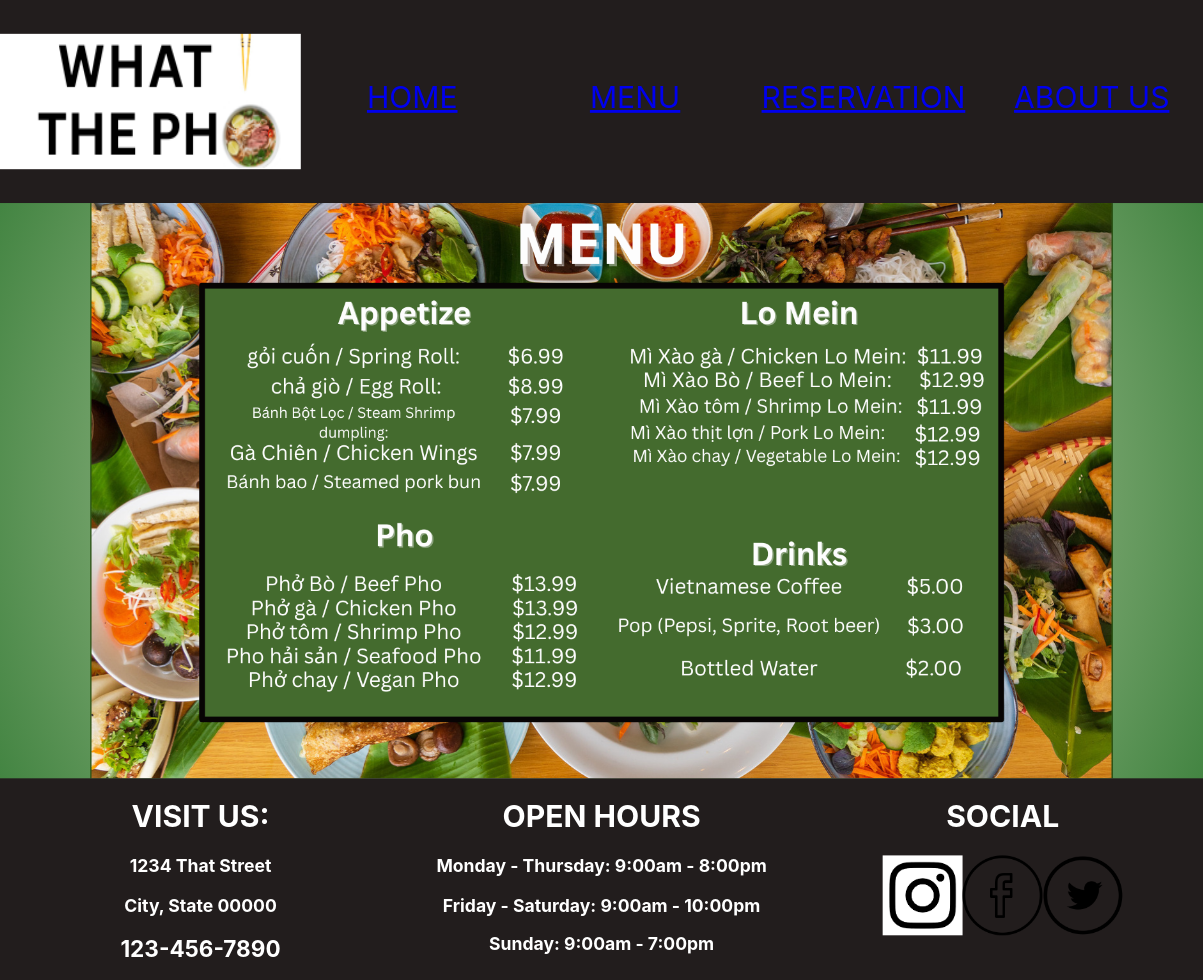
Repository: NguyenkhDang/Restaurant-Website
Page: /menu
The author's editor kept a copy of each file at every save. The page is drawn from the files as they stood at one save, then again after the next save.
The browser window is 1280 px wide. The pictures show the whole page, at 94% of full size.
The project was rebuilt for these pictures with package versions that can differ from the ones it lists, and the page was loaded fresh each time. Also part of the build but not shown: src/CSS/Readmore.css, src/Readmore.js, src/CSS/SectionContainer.css, src/SectionContainer.js, src/CSS/Home.css, src/Pages/HomePage.js, src/CSS/ReservationForm.css, src/ReservationForm.js and 3 more.

Above is the page before, as saved 2026-01-18 15:53:54.

After the next save:
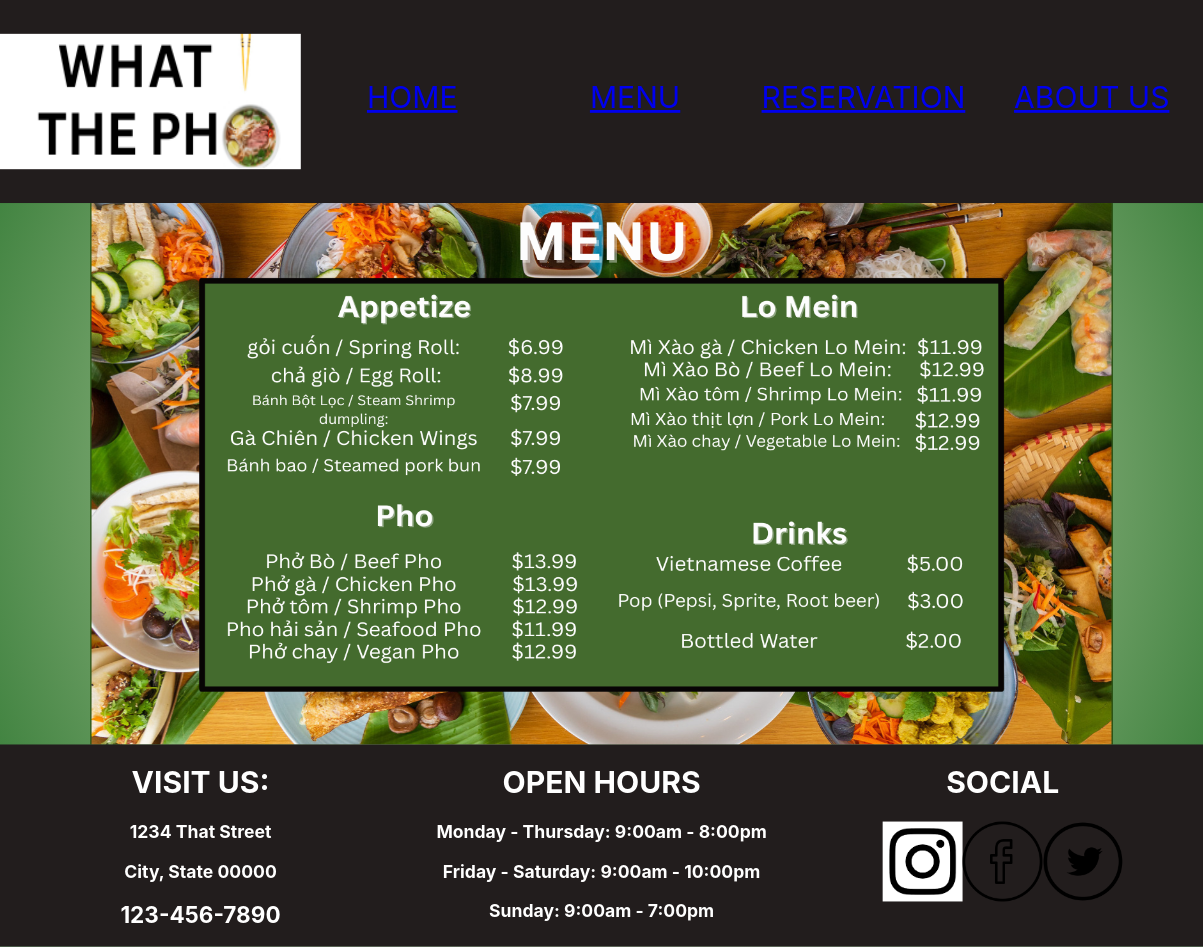
Saved 11 s later.
--- a/src/Pages/MenuPage.js
+++ b/src/Pages/MenuPage.js
@@ -3,7 +3,7 @@ const MenuPage = () =>{
 
   return (
     <>
-      <img src= {Menu} style={{width: "85vw"}}/>
+      <img src= {Menu} style={{width: "85vw", height:"80vh"}}/>
     </>
   )
 
